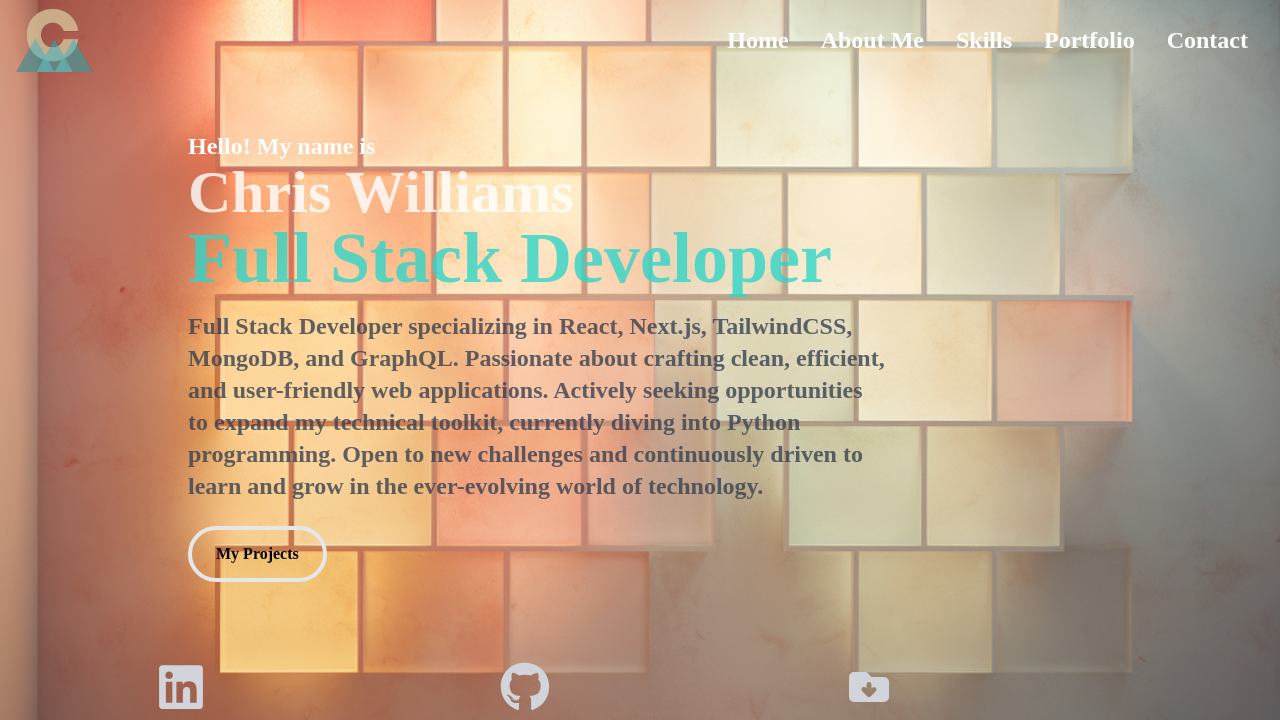
Repository: ChrisT303/portfolio-react
Page: /
The author's editor kept a copy of each file at every save. The page is drawn from the files as they stood at one save, then again after the next save.
The browser window is 1280 px wide. The pictures show the whole page.
The project was rebuilt for these pictures with package versions that can differ from the ones it lists, and the page was loaded fresh each time. Also part of the build but not shown: src/components/AboutMe.js, src/data/LogoData.js, src/components/Experience.js, src/components/Modal.js, src/components/Contact.js, src/data/ProjectData.js, src/components/Work.js.

Above is the page before, as saved 2023-09-28 17:28:36.

### src/index.css
@tailwind base;
@tailwind components;
@tailwind utilities;

@import url("https://fonts.googleapis.com/css2?family=Raleway:wght@300;400;500;600;700;800;900&display=swap");

@layer base {
  body {
    @apply font-[Raleway];
  }
  li {
    @apply px-4;
    @apply cursor-pointer;
  }
}

.nav-hover {
  @apply hover:animate-pulse hover:text-[#30D5C8];
}

.text-main {
  @apply text-[#212020];
}

.peach {
  @apply text-[#212020] text-opacity-80;
}

.bdr {
  @apply border-[#30D5C8];
}

.form-bg {
  @apply bg-[#ccd6f6];
}

.hero-btn {
  @apply text-black font-bold border-4 rounded-full px-6 py-3 my-2 flex items-center hover:animate-pulse duration-100 hover:bg-[#30D5C8] hover:border-[#3e7a7a] hover:font-black;
}

.con-btn {
  @apply text-main border-2 hover:bg-[#30D5C8] hover:border-[#3e7a7a] hover:font-bold px-4 py-3 my-8 mx-auto flex items-center;
}
.modal-btn {
  @apply text-black border-4 rounded-lg hover:bg-[#30D5C8] hover:border-[#3e7a7a] hover:font-bold px-3 py-2 my-8 mx-auto flex justify-between items-center;
}

@media (min-width: 768px) {
  .hovereffect {
    width: 100%;
    height: 400px;
    float: left;
    overflow: hidden;
    position: relative;
    text-align: center;
    cursor: default;
  }

  .hovereffect .overlay {
    width: 100%;
    height: 100%;
    position: absolute;
    overflow: hidden;
    left: 0;
    background-color: rgba(255, 255, 255, 0.7);
    top: -200px;
    opacity: 0;
    filter: alpha(opacity=0);
    -webkit-transition: all 0.1s ease-out 0.5s;
    transition: all 0.1s ease-out 0.5s;
    display: flex;
    flex-direction: column;
    justify-content: center;
    align-items: center;
    gap: 20px;

  }

  .hovereffect:hover .overlay {
    opacity: 1;
    filter: alpha(opacity=100);
    top: 0px;
    -webkit-transition-delay: 0s;
    transition-delay: 0s;
  }

  .hovereffect img {
    display: block;
    position: relative;
  }

  .hovereffect h2 {
    text-transform: uppercase;
    color: #feb8c5;
    text-align: center;
    position: relative;
    font-size: 17px;
    padding: 10px;
    background: rgba(0, 0, 0, 0.6);
    -webkit-transform: translateY(-200px);
    -ms-transform: translateY(-200px);
    transform: translateY(-200px);
    -webkit-transition: all ease-in-out 0.1s;
    transition: all ease-in-out 0.1s;
    -webkit-transition-delay: 0.3s;
    transition-delay: 0.3s;
  }

  .hovereffect:hover h2 {
    -webkit-transform: translateY(0px);
    -ms-transform: translateY(0px);
    transform: translateY(0px);
    -webkit-transition-delay: 0.3s;
    transition-delay: 0.3s;
  }

  .hovereffect a.info {
    display: inline-block;
    text-decoration: none;
    padding: 7px 14px;
    text-transform: uppercase;
    margin: 50px 20px 0 0;
    background-color: transparent;
    -webkit-transform: translateY(-200px);
    -ms-transform: translateY(-200px);
    transform: translateY(-200px);
    color: #000;
    border: 1px solid #000;
    -webkit-transition: all ease-in-out 0.3s;
    transition: all ease-in-out 0.3s;
  }

  .hovereffect a.info:hover {
    box-shadow: 0 0 5px #fff;
  }

  .hovereffect:hover a.info {
    -webkit-transform: translateY(0px);
    -ms-transform: translateY(0px);
    transform: translateY(0px);
    box-shadow: 0 0 5px #000;
    color: #000;
    border: 1px solid #000;
    -webkit-transition-delay: 0.3s;
    transition-delay: 0.3s;
  }
}

a.info:hover {
  color: #6cc644;
}

.bounce {
  display: inline-block;
  position: relative;
  -moz-animation: bounce 0.5s infinite linear;
  -o-animation: bounce 0.5s infinite linear;
  -webkit-animation: bounce 0.5s infinite linear;
  animation: bounce 0.5s infinite linear;
}

.backdrop {
  position: fixed;
  top: 0;
  left: 0;
  width: 100%;
  height: 100vh;
  z-index: 10;
  background: rgba(0, 0, 0, 0.75);
}

.modalPos {
  position: fixed;
  top: 30vh;
  left: 10%;
  width: 80%;
  z-index: 100;
  overflow: hidden;
}

.header {
  background: #31708e;
  padding: 1rem;
}

.header h2 {
  margin: 0;
  color: white;
  font-weight: bold;
}

.content {
  display: flex;
  justify-content: space-between;
  padding: 1rem;
  background: white;
}

.actions {
  padding: 1rem;
  display: flex;
  justify-content: flex-end;
}

.project-image {
  width: 100%;
  height: 400px;
  object-fit: cover;
}

.button-container {
  display: flex;
  justify-content: center;
  gap: 20px;
  margin-top: 20px;
}

.tech-container {
  display: flex;
  justify-content: center;
  gap: 5px;
  flex-wrap: wrap;
}

.tooltip {
  visibility: hidden;
  background-color: #555;
  color: #fff;
  text-align: center;
  padding: 5px 10px;
  border-radius: 6px;
  position: absolute;
  z-index: 1;
  bottom: 100%;
  left: 50%;
  margin-left: -60px;
  opacity: 0;
  transition: opacity 0.3s;
}

.tooltip::after {
  content: "";
  position: absolute;
  top: 100%;
  left: 50%;
  margin-left: -5px;
  border-width: 5px;
  border-style: solid;
  border-color: #555 transparent transparent transparent;
}

.container:hover .tooltip {
  visibility: visible;
  opacity: 1;
}



@media (min-width: 768px) {
  .modalPos {
    left: calc(50% - 20rem);
    width: 40rem;
  }
}

### src/App.js

import Navigation from "./components/Navigation";
import Hero from "./components/Hero";
import AboutMe from "./components/AboutMe";
// import Footer from "./components/Footer";
import Experience from "./components/Experience";
import Contact from "./components/Contact";
import Work from "./components/Work";
import React from "react";
import { HashRouter as Router, Routes, Route } from "react-router-dom";


const App = () => {
  return (
    <Router>
      <Navigation />
      <Routes>
        <Route path="/" element={<Hero />} />
        <Route path="/about" element={<AboutMe />} />
        <Route path="/experience" element={<Experience />} />
        <Route path="/work" element={<Work />} />
        <Route path="/contact" element={<Contact />} />
      </Routes>
      {/* <Footer /> */}
    </Router>
  );
};



export default App;

### src/components/Navigation.js
import React, { useState } from "react";
import { NavLink } from "react-router-dom";
import { FaBars, FaTimes } from "react-icons/fa";
import Logo from "../assets/newlogo.png";
import Footer from "./Footer";


const Navigation = () => {
  const [nav, setNav] = useState(false);
  const handleClick = () => setNav(!nav);

  return (
    <div className="fixed w-full h-[80px] flex justify-between items-center px-4 bg-inherit text-main text-2xl font-semibold z-10">
      <div>
        <img  src={Logo} alt="Logo" className="hidden md:flex h-16" />
      </div>
      <ul className="hidden md:flex">
        <li>
          <NavLink to="/" className="nav-hover text-white">
            Home
          </NavLink>
        </li>
        <li>
          <NavLink to="/about" className="nav-hover text-white">
            About Me
          </NavLink>
        </li>
        <li>
          <NavLink to="/experience" className="nav-hover text-white">
            Skills
          </NavLink>
        </li>
        <li>
          <NavLink to="/work" className="nav-hover text-white">
            Portfolio
          </NavLink>
        </li>
        <li>
          <NavLink to="/contact" className="nav-hover text-white">
            Contact
          </NavLink>
        </li>
      </ul>

      <div onClick={handleClick} className="md:hidden z-100">
        {!nav ? <FaBars /> : <FaTimes />}
      </div>
      <ul
        className={
          !nav
            ? "hidden"
            : "absolute top-0 left-0 w-full h-screen main flex flex-col justify-center items-center bg-black md:bg-black "
        }
      >
        <li className="py-6 text-4xl">
          <NavLink onClick={handleClick} to="/" className="nav-hover text-white">
            Home
          </NavLink>
        </li>
        <li className="py-6 text-4xl">
          <NavLink onClick={handleClick} to="/about" className="nav-hover text-white">
            About Me
          </NavLink>
        </li>
        <li className="py-6 text-4xl">
          <NavLink onClick={handleClick} to="/experience" className="nav-hover text-white">
            Skills
          </NavLink>
        </li>
        <li className="py-6 text-4xl">
          <NavLink onClick={handleClick} to="/work" className="nav-hover text-white">
            Portfolio
          </NavLink>
        </li>
        <li className="py-6 text-4xl">
          <NavLink onClick={handleClick} to="/contact" className="nav-hover text-white">
            Contact
          </NavLink>
        </li>
      </ul>
      {nav && (
          <div>
            {/* Footer component is conditionally rendered here */}
            <Footer hideOnMobile={false} />
          </div>
        )}


    </div>
  );
};

export default Navigation;

### src/components/Hero.js
import React from "react";
import { NavLink } from "react-router-dom";
import Footer from "./Footer";

const Hero = () => {
  return (
    <div className="w-full h-screen  bg-eyes  bg-cover bg-center">
      <div className="max-w-[1000px] mx-auto px-12 flex flex-col justify-center  h-full">
        <p className="text-white text-2xl font-bold "> Hello! My name is </p>
        <h1 className="text-3xl sm:text-6xl font-bold text-white text-opacity-80">
          Chris Williams
        </h1>
        <h2 className="text-3xl sm:text-7xl font-bold text-[#30D5C8] text-opacity-80">
          Full Stack Developer
        </h2>
        <p className="text-gray-700 font-bold py-4 text-l sm:text-2xl max-w-[700px] text-opacity-80">
        Full Stack Developer specializing in React, Next.js, TailwindCSS, MongoDB, and GraphQL. Passionate about crafting clean, efficient, and user-friendly web applications. Actively seeking opportunities to expand my technical toolkit, currently diving into Python programming. Open to new challenges and continuously driven to learn and grow in the ever-evolving world of technology.

        </p>
        <div className="text-white">
          <button className="hero-btn">
            <NavLink to="/work">My Projects</NavLink>
          </button>
        </div>
      </div>
      <Footer />
    </div>
  );
};

export default Hero;

### src/components/Footer.js
import React from "react";
import { FaLinkedin, FaGithub } from "react-icons/fa";
import { HiFolderDownload } from "react-icons/hi";

const Footer = ({ hideOnMobile = false }) => {
  if (hideOnMobile) {
    return null;
  }

  return (
    <footer className="bg-inherit fixed bottom-0 left-0 w-full ">
      <div>
        <div>
          <div className="max-w-[1000px] mx-auto pt-4 pb-2">
            <ul className="w-full space-y-2 grid grid-cols-3 auto-cols-max mb-0 gap-8 justify-center">
              <li>
                <a
                  href="https://www.linkedin.com/in/christopher-williams-368b29201/"
                  className="text-gray-300 group hover:text-[#0072b1]"
                >
                  <h2 className="invisible md:group-hover:visible md:group-hover:animate-bounce pt-2">
                    LinkedIn
                  </h2>
                  <FaLinkedin size={50} />
                </a>
              </li>
              <li>
                <a
                  href="https://github.com/deftonechris"
                  className="text-gray-300 group hover:text-[#6cc644]"
                >
                  <h2 className="invisible md:group-hover:visible md:group-hover:animate-bounce">
                    GitHub
                  </h2>
                  <FaGithub size={50} />
                </a>
              </li>
              <li>
                <a
                  href="https://drive.google.com/file/d/1F9QXAFgH3DuC2GkPuuiRkouwcBjN8J8z/view?usp=drive_link"
                  className="text-gray-300 group hover:text-red-600"
                >
                  <h2 className="invisible md:group-hover:visible md:group-hover:animate-bounce">
                    Resume
                  </h2>
                  <HiFolderDownload size={50} />
                </a>
              </li>
            </ul>
          </div>
        </div>
      </div>
    </footer>
  );
};

export default Footer;

### tailwind.config.js
/** @type {import('tailwindcss').Config} */
module.exports = {
  content: ["./src/**/*.{js,jsx,ts,tsx}"],
  theme: {
    extend: {
      backgroundImage: {
        eyes: "url('./assets/wallPatern.png')",
      },
    },
  },
  plugins: [],
};

Loaded but not shown: public/index.html (common file); src/index.js (common file)

After the next save:
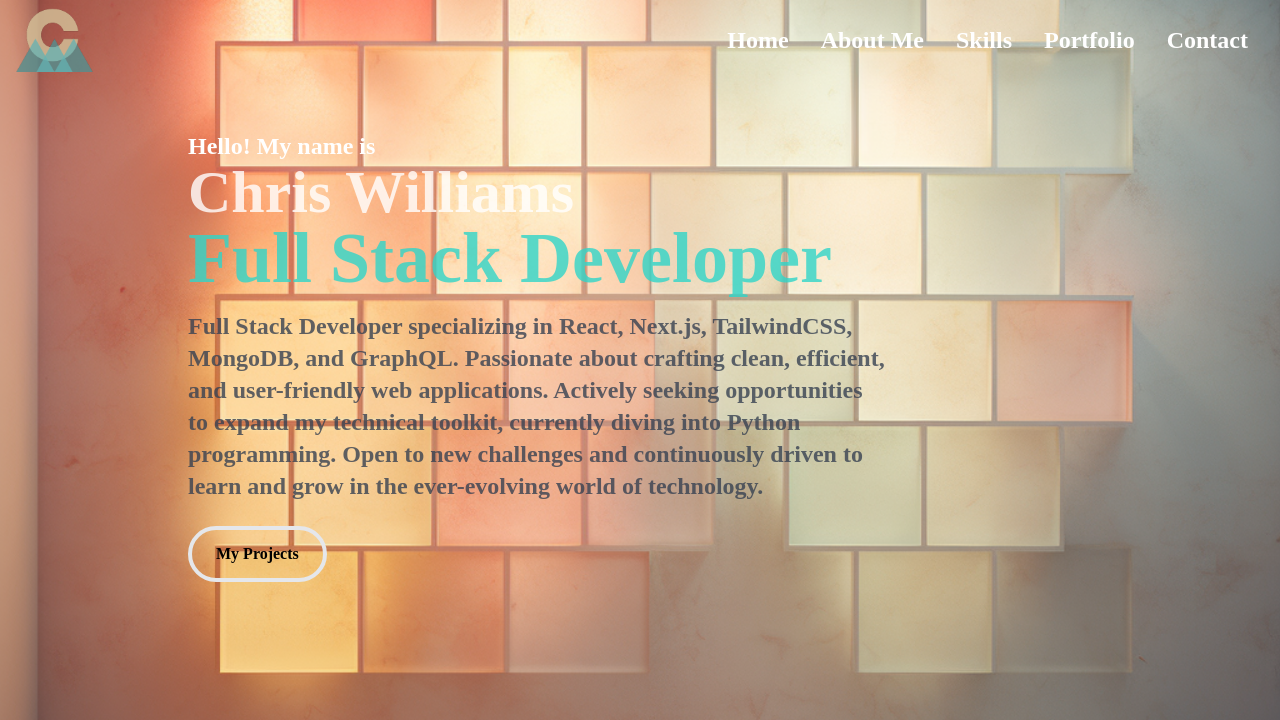
Saved 22 s later.
--- a/src/components/Footer.js
+++ b/src/components/Footer.js
@@ -2,7 +2,7 @@
 import { FaLinkedin, FaGithub } from "react-icons/fa";
 import { HiFolderDownload } from "react-icons/hi";
 
-const Footer = ({ hideOnMobile = false }) => {
+const Footer = ({ hideOnMobile = true }) => {
   if (hideOnMobile) {
     return null;
   }

After the save that followed:
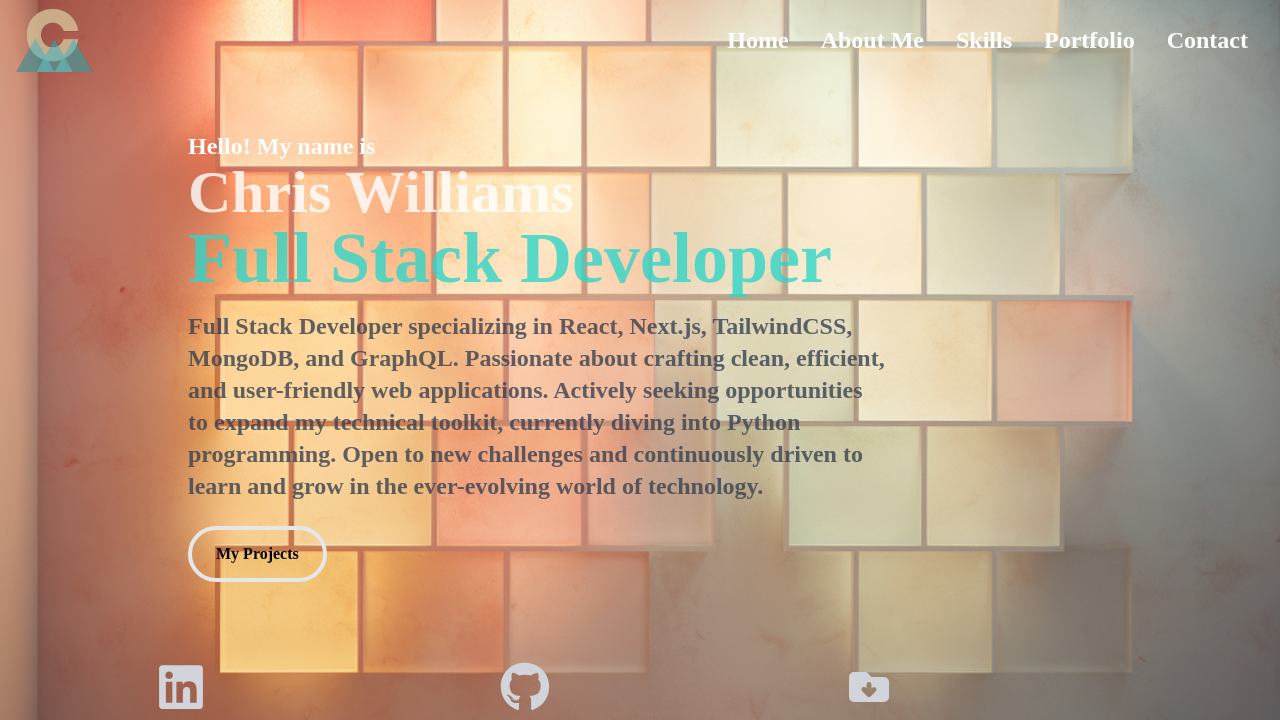
Saved 82 s later.
--- a/src/components/Footer.js
+++ b/src/components/Footer.js
@@ -2,7 +2,7 @@
 import { FaLinkedin, FaGithub } from "react-icons/fa";
 import { HiFolderDownload } from "react-icons/hi";
 
-const Footer = ({ hideOnMobile = true }) => {
+const Footer = ({ hideOnMobile = false }) => {
   if (hideOnMobile) {
     return null;
   }
